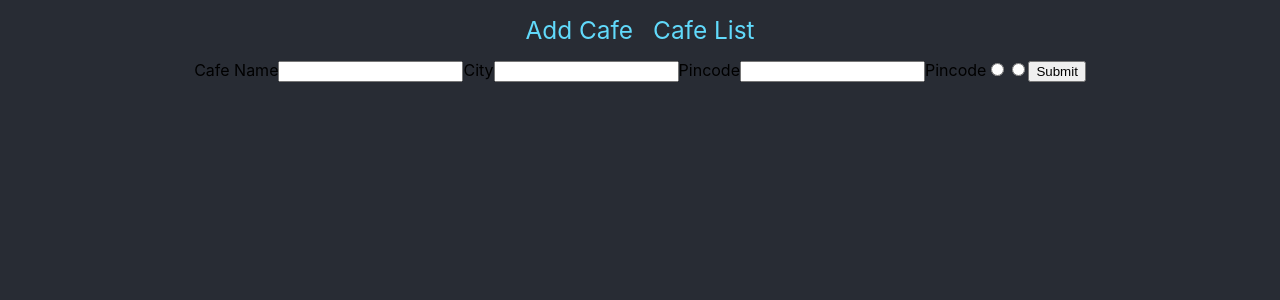
Repository: Surojd/project-cafe
Page: /
The author's editor kept a copy of each file at every save. The page is drawn from the files as they stood at one save, then again after the next save.
The browser window is 1280 px wide. The pictures show the whole page.
The page's requests for data from a server got no answer. The project was rebuilt for these pictures with package versions that can differ from the ones it lists, and the page was loaded fresh each time. No one was signed in, and anything a server would have sent is missing. Also part of the build but not shown: src/cafe/CafeList.js.

Above is the page before, as saved 2021-09-01 12:11:26.

After the next save:
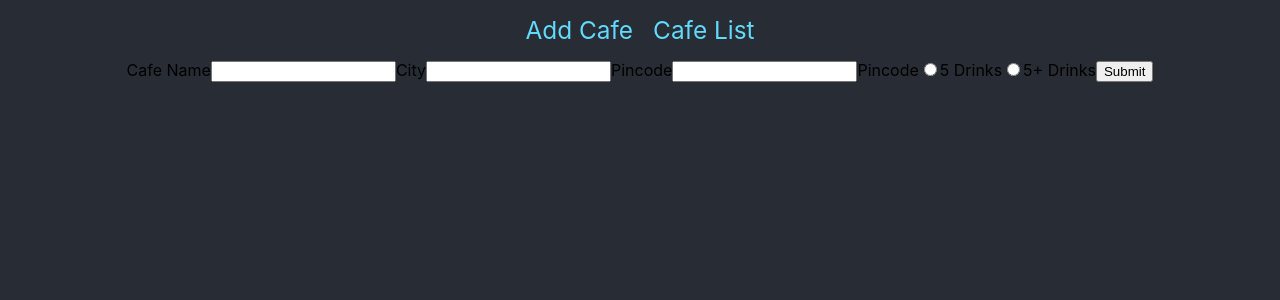
Saved 20 s later.
--- a/src/cafe/AddCafe.js
+++ b/src/cafe/AddCafe.js
@@ -68,12 +68,12 @@ export default function AddCafe() {
         type='radio'
         {...formik.getFieldProps('drinks')}
         value="5 Drinks"
-      />
+      />5 Drinks
       <input
         type='radio'
         {...formik.getFieldProps('drinks')}
         value="5+ Drinks"
-      />
+      />5+ Drinks
       {formik.touched.drinks && formik.errors.drinks ? (
         <div>{formik.errors.drinks}</div>
       ) : null}
